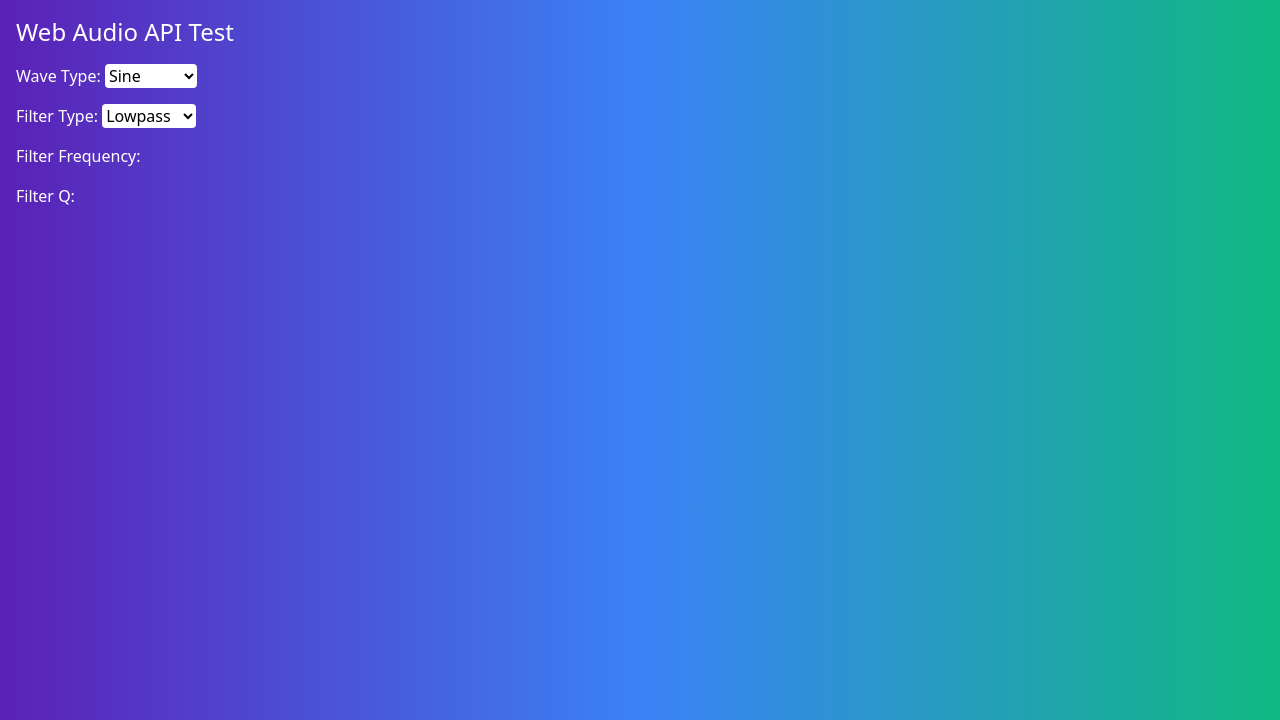
Repository: ibraidab/SONIDOS
Page: index6.html
The author's editor kept a copy of each file at every save. The page is drawn from the files as they stood at one save, then again after the next save.
The browser window is 1280 px wide. The pictures show the whole page.

Above is the page before, as saved 2023-03-18 21:28:35.

After the next save:
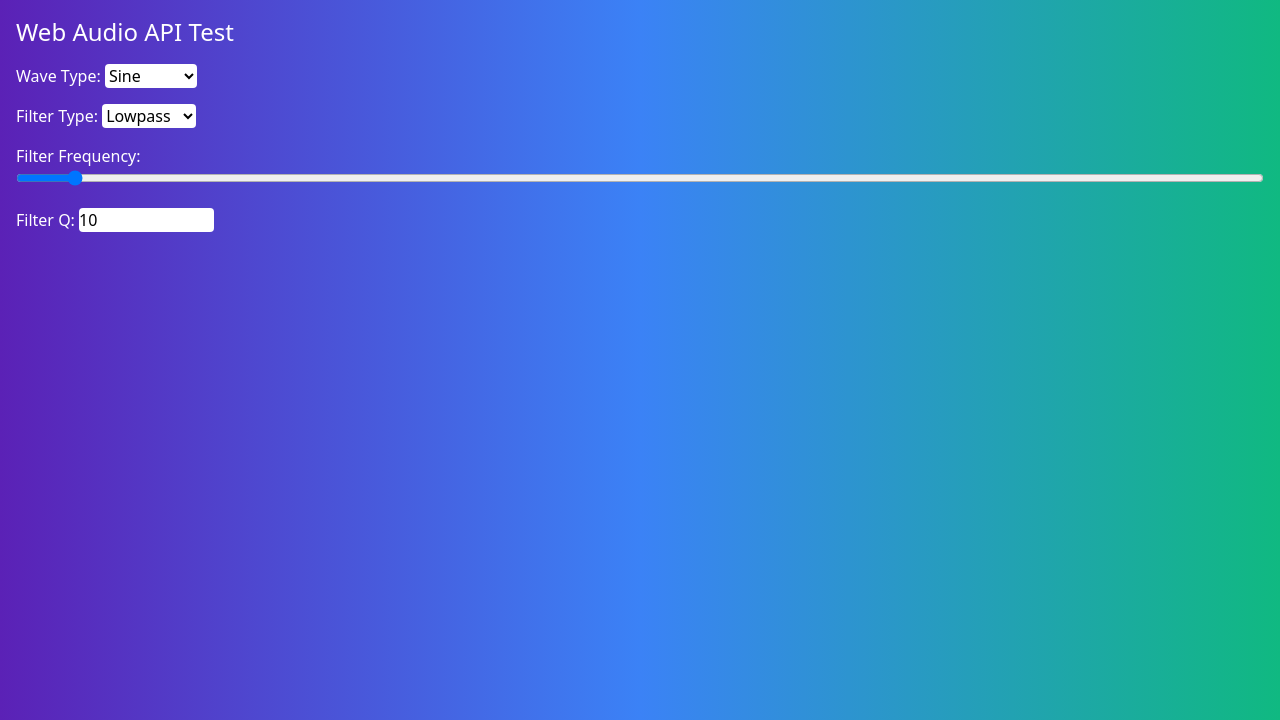
Saved 28 s later.
--- a/index6.html
+++ b/index6.html
@@ -133,7 +133,7 @@
 
         function startSound(note, velocity) {
             const filterType = document.getElementById("filterType").value;
-            const filterFrequency = parseFloat(document.getElementById("filterFrequency").value)
+            const filterFrequency = parseFloat(document.getElementById("filterFrequency").value);
             const filterQ = parseFloat(document.getElementById("filterQ").value);
 
             const frequency = midiNoteToFrequency(note);
@@ -241,11 +241,11 @@
             </div>
             <div class="mb-4">
                 <label for="filterFrequency" class="text-white">Filter Frequency:</label>
-                <!-- <input type="range" id="filterFrequency" value="1000" min="0" max="24000" step="1" class="w-full"> -->
+                <input type="range" id="filterFrequency" value="1000" min="0" max="24000" step="1" class="w-full">
             </div>
             <div class="mb-4">
                 <label for="filterQ" class="text-white">Filter Q:</label>
-                <!-- <input type="number" id="filterQ" value="10" min="0.0001" max="100" step="0.1" class="bg-white rounded"> -->
+                <input type="number" id="filterQ" value="10" min="0.0001" max="100" step="0.1" class="bg-white rounded">
             </div>
         </div>
     </body>

After the 5 saves that followed:
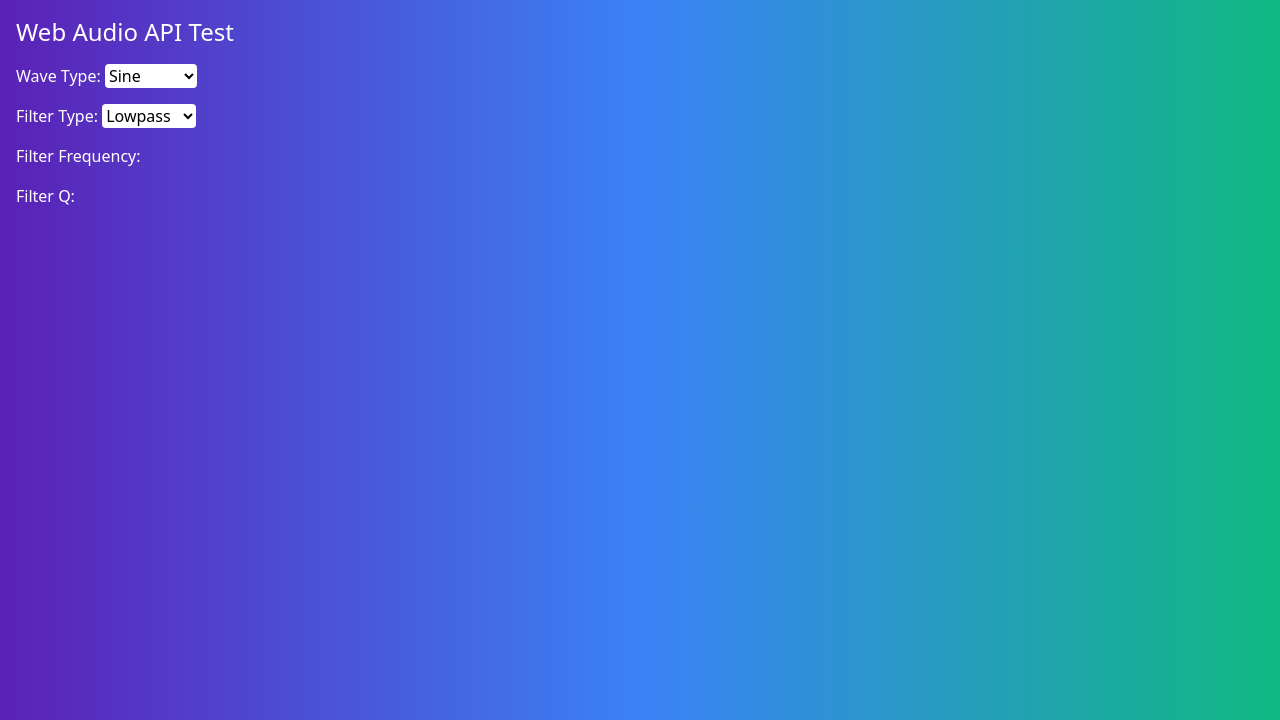
The 5 saves are shown as one change because they came seconds apart.
The last was saved 25 s later.
--- a/index6.html
+++ b/index6.html
@@ -133,7 +133,7 @@
 
         function startSound(note, velocity) {
             const filterType = document.getElementById("filterType").value;
-            const filterFrequency = parseFloat(document.getElementById("filterFrequency").value);
+            const filterFrequency = 1000;
             const filterQ = parseFloat(document.getElementById("filterQ").value);
 
             const frequency = midiNoteToFrequency(note);
@@ -241,11 +241,11 @@
             </div>
             <div class="mb-4">
                 <label for="filterFrequency" class="text-white">Filter Frequency:</label>
-                <input type="range" id="filterFrequency" value="1000" min="0" max="24000" step="1" class="w-full">
+                <!-- <input type="range" id="filterFrequency" value="1000" min="0" max="24000" step="1" class="w-full"> -->
             </div>
             <div class="mb-4">
                 <label for="filterQ" class="text-white">Filter Q:</label>
-                <input type="number" id="filterQ" value="10" min="0.0001" max="100" step="0.1" class="bg-white rounded">
+                <!-- <input type="number" id="filterQ" value="10" min="0.0001" max="100" step="0.1" class="bg-white rounded"> -->
             </div>
         </div>
     </body>
